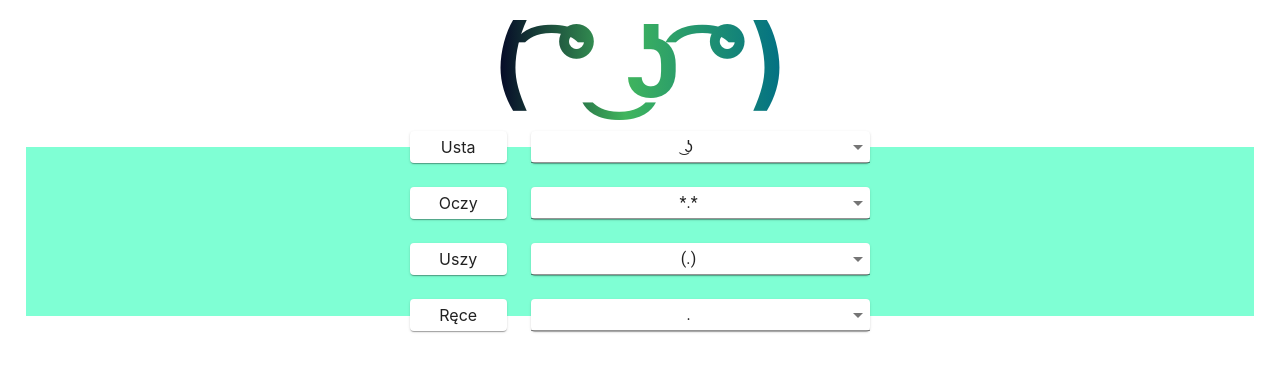
Repository: ogigg/react-Lenny-generator
Page: / (app in lenny-generator/)
These files come from the project's save history. The page is drawn as it stood at one moment and after a run of saves; the edit follows.
The browser window is 1280 px wide. The pictures show the whole page.
The project was rebuilt for these pictures with package versions that can differ from the ones it lists, and the page was loaded fresh each time.

Above is the page before, as saved 2019-12-12 21:03:41.

### lenny-generator/src/App.js
import React, { Component } from "react";
import Button from "@material-ui/core/Button"
import './App.css';
import Lenny from './lennyComponent'
import Paper from '@material-ui/core/Paper';
import Grid from '@material-ui/core/Grid';
import MenuItem from '@material-ui/core/MenuItem';
import Select from '@material-ui/core/Select';

class App extends Component {
  constructor(props) {
    super(props);
    this.state = {
      lennyFace : "( ͡° ͜ʖ ͡°)",
      lennyMouth: ' ͜ʖ',
      lennyEyes: '*.*',
      lennyHands: '.',
      lennyOuter: '(.)'
    };
  }

  lennyMouthList = [' ഌ',' ͜ʖ','  ͟ʖ','v',' ෴','o','_','-,-','+','*']
  lennyEyesList = ['*.*',' ͡°. ͡°','°.°','ಠ.ಠ']
  lennyHandsList = ['.','\\./','-.-','>=.=<','~.~','/./','づ.づ']
  lennyOuterList = ['[.]','q.p','(.)','<.>','!.!']



  handleChange = (event) =>{
    this.setState({lennyMouth: event.target.value},this.updateLenny);
  }

  updateLenny = () =>{
    this.setState({
      lennyFace: this.state.lennyHands.split('.')[0]+
      this.state.lennyOuter.split('.')[0]+
      this.state.lennyEyes.split('.')[0]+
      this.state.lennyMouth+
      this.state.lennyEyes.split('.')[1]+
      this.state.lennyOuter.split('.')[1]+
      this.state.lennyHands.split('.')[1]
    })
  }
  MenuItemList = (list) =>{
    return(
      list.map((item) =>
      <MenuItem value={item}>
        {item}
      </MenuItem>
  ));

  }


  render(){
  return (
    <div>
      <Lenny lenny={this.state.lennyFace}/>
      <div className="menu-wrapper">
        <Grid container spacing={3} alignItems={'center'}>
          <Grid container item spacing={3}>
            <Grid item xs={3}>
              <Paper className="menu-label" >Usta</Paper>
            </Grid>
            <Grid item xs={9}>
              <Paper>
                <Select
                  className="select"
                  id="lennyMouth"
                  value={this.state.lennyMouth}
                  onChange={(event) => {this.setState({lennyMouth: event.target.value},this.updateLenny);}}
                >
                {this.MenuItemList(this.lennyMouthList)}
                </Select>
              </Paper>
            </Grid>
          </Grid>
          <Grid container item spacing={3}>
            <Grid item xs={3}>
              <Paper className="menu-label" >Oczy</Paper>
            </Grid>
            <Grid item xs={9}>
              <Paper>
                <Select
                  className="select"
                  id="lennyEyes"
                  value={this.state.lennyEyes}
                  onChange={(event) => {this.setState({lennyEyes: event.target.value},this.updateLenny);}}
                >
                {this.MenuItemList(this.lennyEyesList)}
                </Select>
              </Paper>
            </Grid>
          </Grid>
          <Grid container item spacing={3}>
            <Grid item xs={3}>
              <Paper className="menu-label">Uszy</Paper>
            </Grid>
            <Grid item xs={9}>
              <Paper>
                <Select
                  className="select"
                  id="lennyOuter"
                  value={this.state.lennyOuter}
                  onChange={(event) => {this.setState({lennyOuter: event.target.value},this.updateLenny);}}
                >
                {this.MenuItemList(this.lennyOuterList)}
                </Select>
              </Paper>
            </Grid>
          </Grid>
          <Grid container item spacing={3}>
            <Grid item xs={3}>
              <Paper className="menu-label">Ręce</Paper>
            </Grid>
            <Grid item xs={9}>
              <Paper>
                <Select
                  className="select"
                  id="lennyHands"
                  value={this.state.lennyHands}
                  onChange={(event) => {this.setState({lennyHands: event.target.value},this.updateLenny);}}
                >
                {this.MenuItemList(this.lennyHandsList)}
                </Select>
              </Paper>
            </Grid>
          </Grid>
        </Grid>
      </div>
    </div>

  );
  }
}

export default App;

### lenny-generator/src/App.css
.menu-wrapper{
  grid-auto-rows: 1fr;
  background-color: aquamarine;
  height: 20vh;
  align-self: center;
  display: flex;
  align-items: center;
  justify-content: center;
  margin: 2%;
  padding: 1% 30%;
  text-align-last:center;
}

.menu{
  background-color: red;
  justify-content: center;
  align-items: center;
  display: flex;
}
.menu-label{
  height: 100%;
  background: red;
  justify-content: center;
  align-items: center;
  display: flex;
}

.select{
  height: 100%;
  width: 100%;
  text-align-last:center;
  justify-content: center;
}

### lenny-generator/src/lennyComponent.jsx
import React, { Component } from 'react';
import './lennyComponent.css'

class Lenny extends Component {
    constructor(props) {
        super(props);
    }

  render() {
    return(
        <div className="lenny-wrapper">
            <div className="lenny">
                {this.props.lenny}
            </div>
        </div>
    );
  }
}




export default Lenny; // Don’t forget to use export default!

### lenny-generator/src/lennyComponent.css
.lenny{
    font-size: 100px;
    background: rgb(2,0,36);
    background: linear-gradient(90deg, rgba(2,0,36,1) 0%, rgba(64,181,93,1) 45%, rgba(0,110,133,1) 100%);
    -webkit-background-clip: text;
    -webkit-text-fill-color: transparent;
    display: flex;
    justify-content: center;
    font-weight: bold;
}

.lenny-wrapper{
    display: flex;
    justify-content: center;
    /* disable selection */
    -webkit-user-select: none;
    -moz-user-select: none;
    -ms-user-select: none;
    user-select: none;
}

Loaded but not shown: lenny-generator/public/index.html (common file); lenny-generator/src/index.js (common file); lenny-generator/src/index.css (common file); lenny-generator/src/serviceWorker.js (common file)

After the next 3 saves:
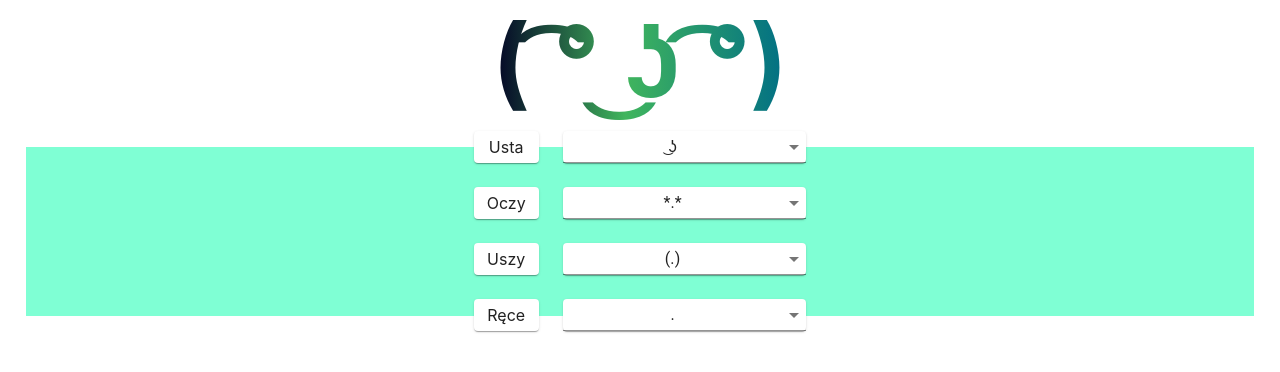
The 3 saves are shown as one change because they came seconds apart.
The last was saved 18 s later.
--- a/lenny-generator/src/App.css
+++ b/lenny-generator/src/App.css
@@ -7,7 +7,7 @@
   align-items: center;
   justify-content: center;
   margin: 2%;
-  padding: 1% 30%;
+  padding: 1% 35%;
   text-align-last:center;
 }
 
